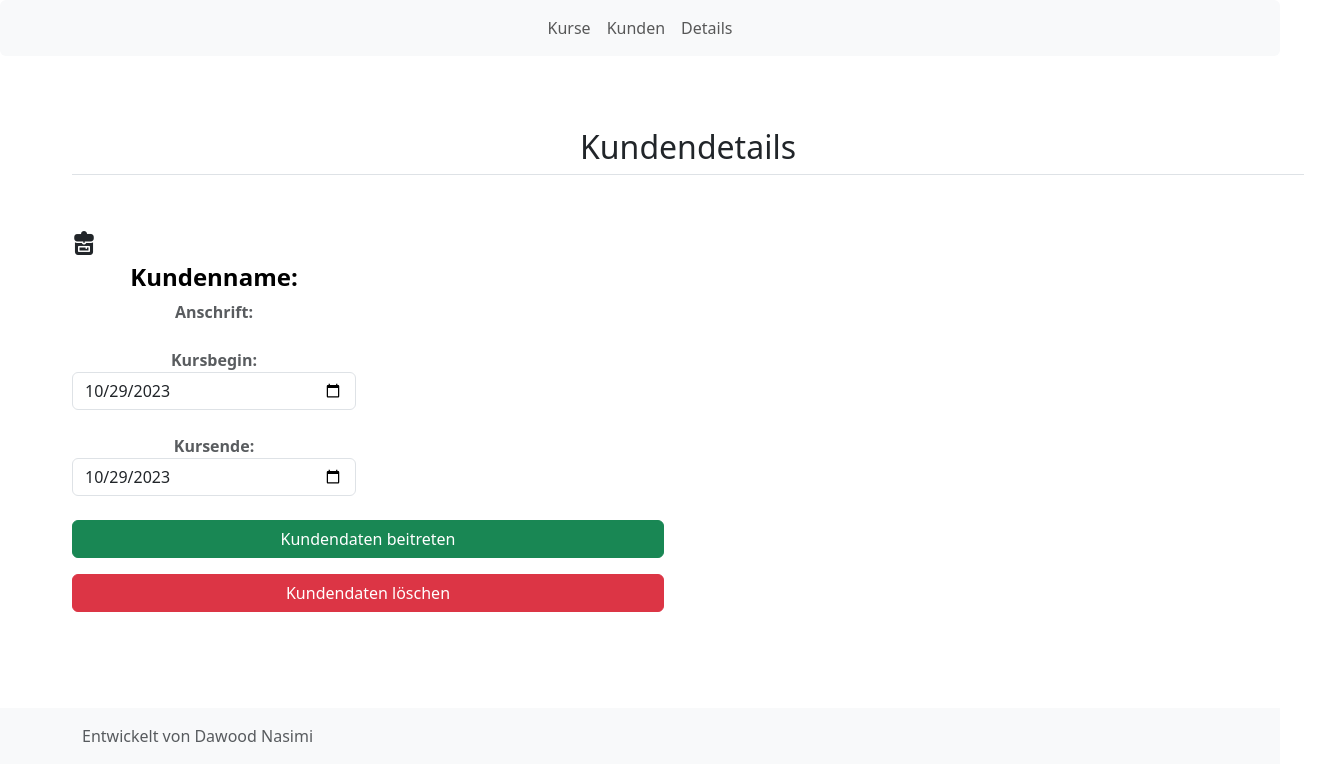
Repository: Dawoodnasimi/kurse
Page: templates/kunden/show.html.twig
An editor plug-in stored every save of this project. The page is shown before and after the next save, followed by the edit.
The browser window is 1280 px wide. The page is 1328 px wide, so the pictures cover 1328 px, including what lies to the right of the window. The pictures show the whole page.
The page is a Twig template of a Symfony application; nobody is signed in and links lead nowhere. Other server files are loaded and not shown. The template is opened directly, without the code that normally fills it, so the values that code supplies are empty.

Above is the page before, as saved 2023-10-29 12:37:49.

### templates/kunden/show.html.twig
{% extends 'base.html.twig' %}

{% block title %}
	Kunden
{% endblock %}

{% block body %}
	<div class="container-fluid mx-5 px-4 py-5 kundendetails" align="center">
		<h2 class="pb-2 border-bottom">Kundendetails</h2>

		<div class="row row-cols-1 row-cols-md-2 align-items-md-center g-5 py-5">
			<div class="col d-flex flex-column gap-2">
				<div class="col">
					<div class="row row-cols-1 row-cols-sm-2 g-4">
						<div class="col d-flex flex-column gap-2">
							<div class="bi bi-backpack4-fill d-inline-flex align-items-center justify-content-start bg-gradient fs-4 rounded-3"></div>
							<h4 class="fw-semibold mb-0 text-body-emphasis"><strong>Kundenname: </strong>{{ kunde.name }}</h4>
							<p class="text-body-secondary"><strong>Anschrift: </strong>{{ kunde.anschrift }}</p>
							<p class="text-body-secondary"><strong>Kursbegin: </strong>
							<input type='date' class='form-control' id='date' name='date' value='{{ kunde.begin|date('Y-m-d') }}' required>
							</p>
							<p class="text-body-secondary"><strong>Kursende: </strong>
							<input type='date' class='form-control' id='date' name='date' value='{{ kunde.ende|date('Y-m-d') }}' required>
							</p>
						</div>
					</div>
				</div>

				<a href="{{ path('app_kunden') }}/bearbeiten/{{ kunde.id }}" class="btn btn-success mb-2" type="button">Kundendaten beitreten</a>
				<a href="{{ path('app_kunden') }}/loeschen/{{ kunde.id }}" class="btn btn-danger" type="button">Kundendaten löschen</a>

			</div>

		</div>
	</div>
{% endblock %}

### templates/base.html.twig
<!DOCTYPE html>
<html>
	<head>
		<meta charset="UTF-8">
		<title>
			{% block title %}
			Kurse
			{% endblock %}
		</title>

		{% block stylesheets %}
		{{ encore_entry_link_tags('app') }}
		<link href="https://cdn.jsdelivr.net/npm/bootstrap@5.3.2/dist/css/bootstrap.min.css" rel="stylesheet" integrity="sha384-T3c6CoIi6uLrA9TneNEoa7RxnatzjcDSCmG1MXxSR1GAsXEV/Dwwykc2MPK8M2HN" crossorigin="anonymous">
		<link rel="stylesheet" href="https://cdn.jsdelivr.net/npm/bootstrap-icons@1.11.1/font/bootstrap-icons.css">

		{% endblock %}


		{% block javascripts %}
		{{ encore_entry_script_tags('app') }}

		<script src="https://cdn.jsdelivr.net/npm/bootstrap@5.3.2/dist/js/bootstrap.bundle.min.js" integrity="sha384-C6RzsynM9kWDrMNeT87bh95OGNyZPhcTNXj1NW7RuBCsyN/o0jlpcV8Qyq46cDfL" crossorigin="anonymous"></script>

		{% endblock %}

	</head>

	<body>

{% block header %}
    <nav class="navbar navbar-expand-lg bg-body-tertiary rounded" aria-label="Twelfth navbar example">
        <div class="container-fluid">
            <button class="navbar-toggler" type="button" data-bs-toggle="collapse" data-bs-target="#navbars_ziff" aria-controls="navbars_ziff" aria-expanded="false" aria-label="Toggle navigation">
                <span class="navbar-toggler-icon"></span>
            </button>

            <div class="collapse navbar-collapse justify-content-md-center" id="navbars_ziff">
                <ul class="navbar-nav">
                    <li class="nav-item">
                        <a class="nav-link {% if app.request.attributes.get('_route') == 'app_kurse' %}active{% endif %}" aria-current="page" href="{{ path('app_kurse') }}">Kurse</a>
                    </li>
                    <li class="nav-item">
                        <a class="nav-link {% if app.request.attributes.get('_route') == 'app_kunden' %}active{% endif %}" href="{{ path('app_kunden') }}">Kunden</a>
                    </li>
                    <li class="nav-item">
                        <a class="nav-link {% if app.request.attributes.get('_route') == 'app_details' %}active{% endif %}" href="{{ path('app_details') }}">Details</a>
                    </li>
                </ul>
            </div>
        </div>
    </nav>
	<br>
{% endblock %}

{% block body %}{% endblock %}

{% block footer %}
		<footer class="footer mt-auto py-3 bg-body-tertiary">
			<div class="container">
				<span class="text-muted">Entwickelt von Dawood Nasimi</span>
			</div>
		</footer>
{% endblock %}

	</body>
</html>

Loaded but not shown: webpack.config.js (common file)

After the next save:
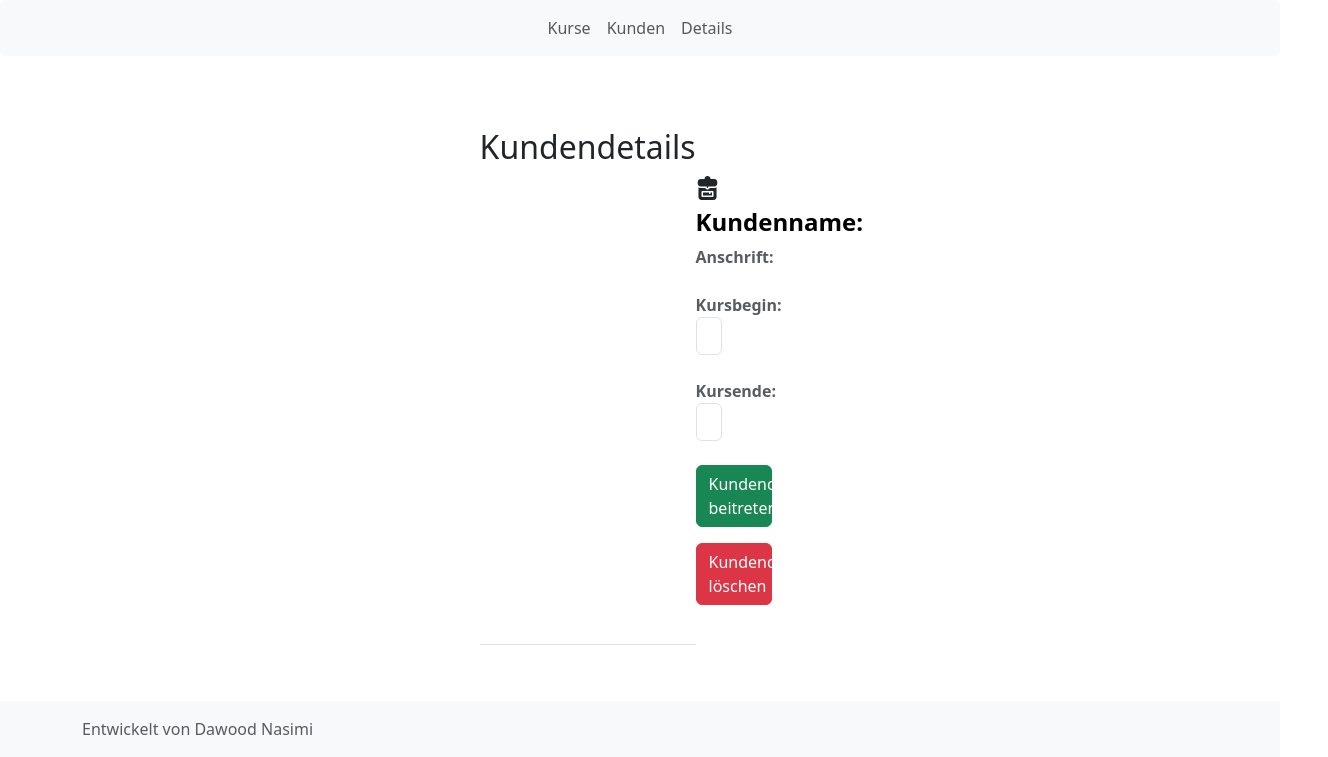
Saved 51 s later.
--- a/templates/kunden/show.html.twig
+++ b/templates/kunden/show.html.twig
@@ -5,7 +5,7 @@
 {% endblock %}
 
 {% block body %}
-	<div class="container-fluid mx-5 px-4 py-5 kundendetails" align="center">
+	<div class="container-fluid mx-5 px-4 py-5 kundendetails d-flex justify-content-center">
 		<h2 class="pb-2 border-bottom">Kundendetails</h2>
 
 		<div class="row row-cols-1 row-cols-md-2 align-items-md-center g-5 py-5">
